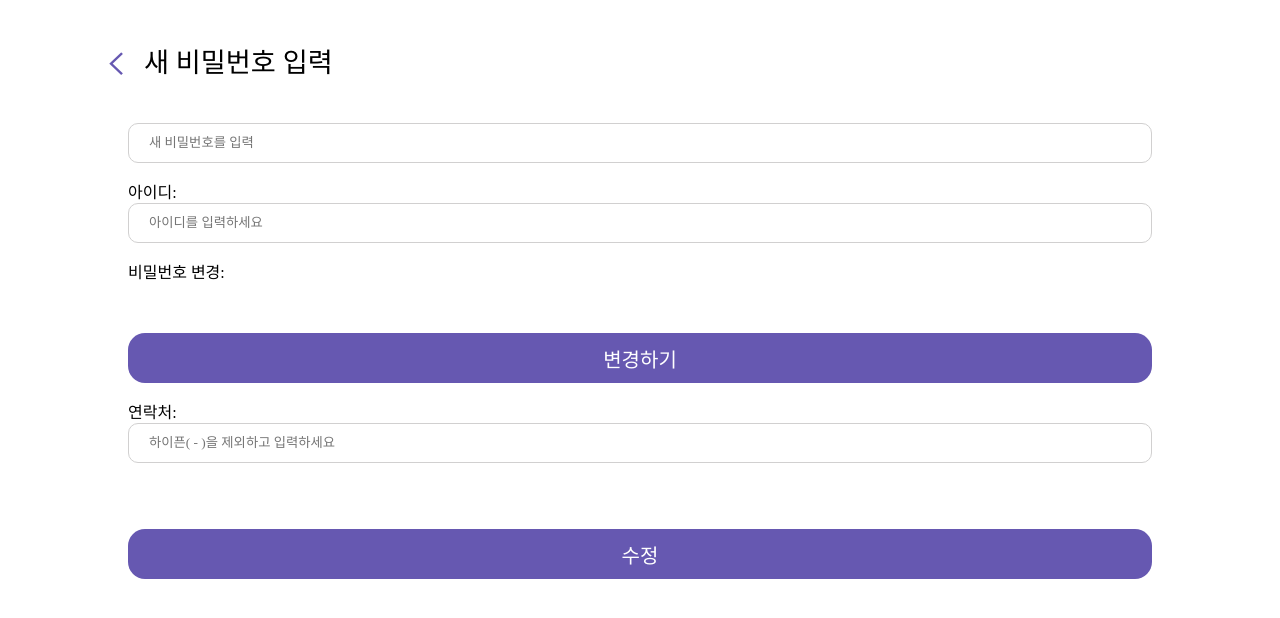
Repository: PEPI-dev/UI
Page: edit_profile/edit_pw.html
An editor plug-in stored every save of this project. The page is shown before and after the next save, followed by the edit.
The browser window is 1280 px wide. The pictures show the whole page.
Some web fonts or font styles are not loaded; a fallback is used.

Above is the page before, as saved 2023-12-05 17:20:51.

After the next save:
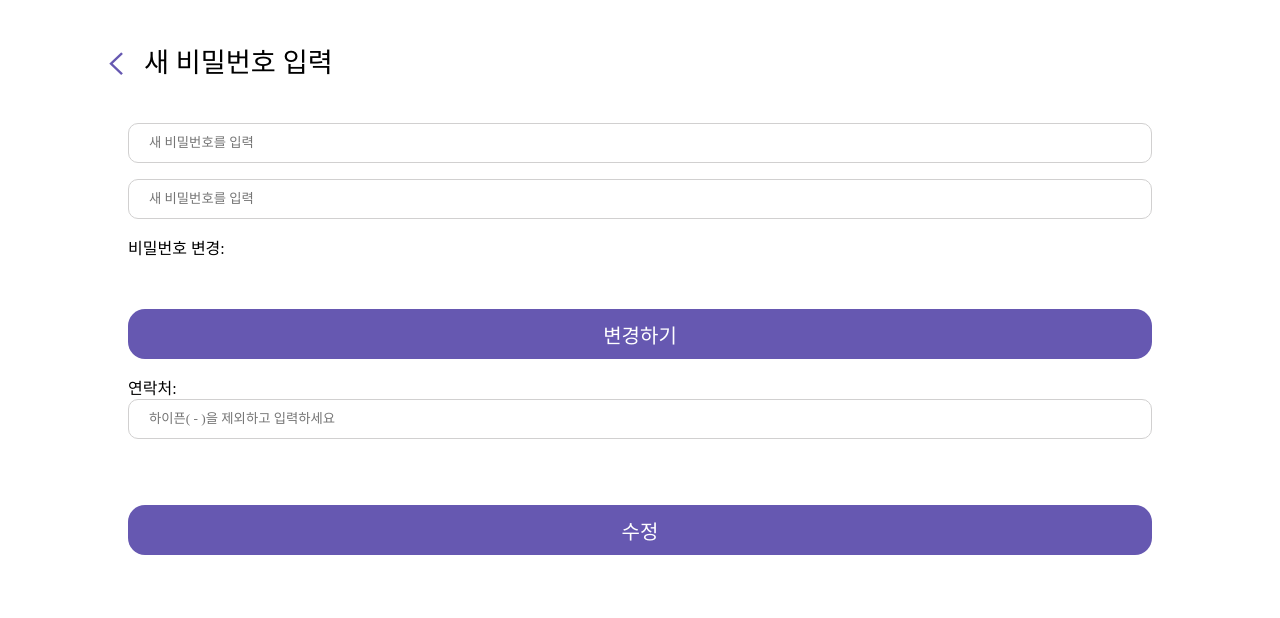
Saved 8 s later.
--- a/edit_profile/edit_pw.html
+++ b/edit_profile/edit_pw.html
@@ -24,7 +24,7 @@
 
         <p class="display">
             <!-- onclick 추가 -->
-            <label for="userid" class="txt_input">아이디:</label><input class="search" id="userid" placeholder="아이디를 입력하세요" maxlength="15">
+            <input class="search" id="new_pw" placeholder="새 비밀번호를 입력" maxlength="15">
         </p>
 
         <p class="display">
